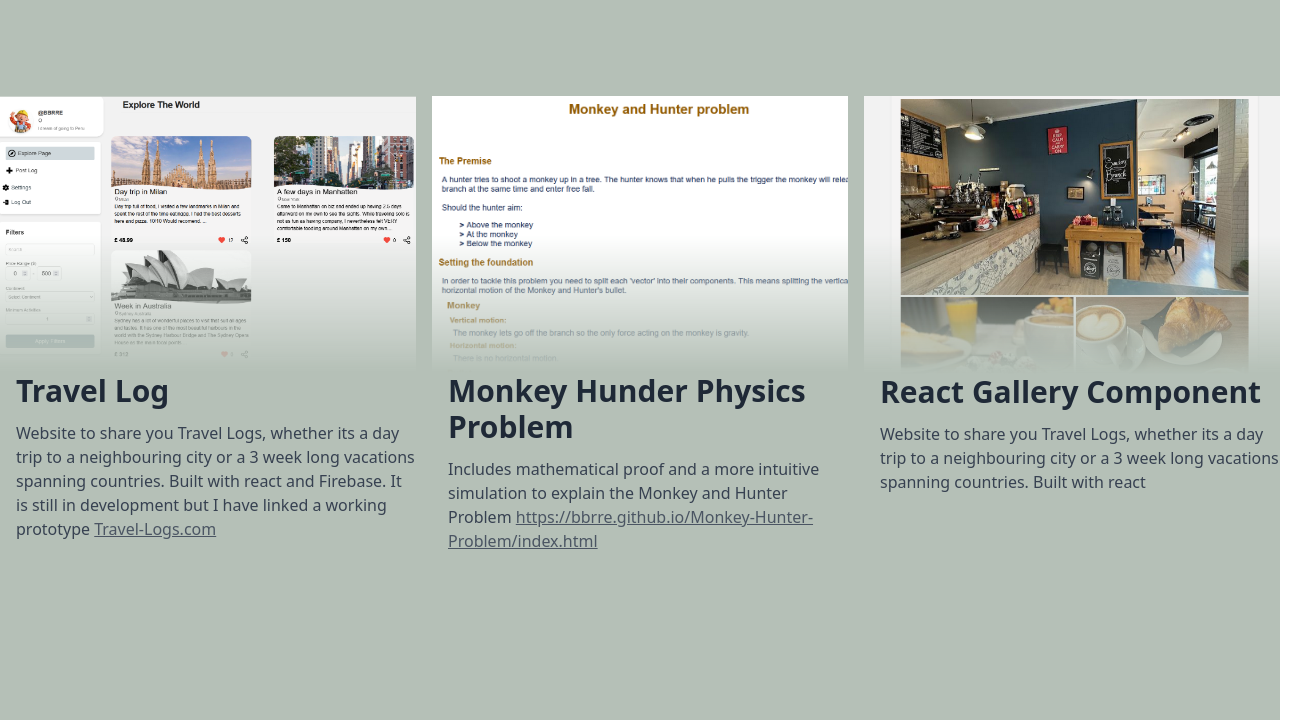
Repository: BBRRE/Portfolio-V2
Page: /#/Computer-Sci
An editor plug-in stored every save of this project. The page is shown before and after the next save, followed by the edit.
The browser window is 1280 px wide. The page is 1280 px wide, then 1296 px, then 1280 px, so the pictures cover 1296 px, including what lies to the right of the window. The pictures show the whole page.
Some web fonts or font styles are not loaded; a fallback is used. The project was rebuilt for these pictures with package versions that can differ from the ones it lists, and the page was loaded fresh each time. Also part of the build but not shown: vite.config.js, src/Subjects/Archi.jsx, src/Subjects/EEng.jsx, src/Subjects/Other.jsx, src/Projects Overview.jsx, src/HomePage.jsx, src/ErrorBoundary.jsx.

Above is the page before, as saved 2024-11-29 09:18:45.

After the next save:
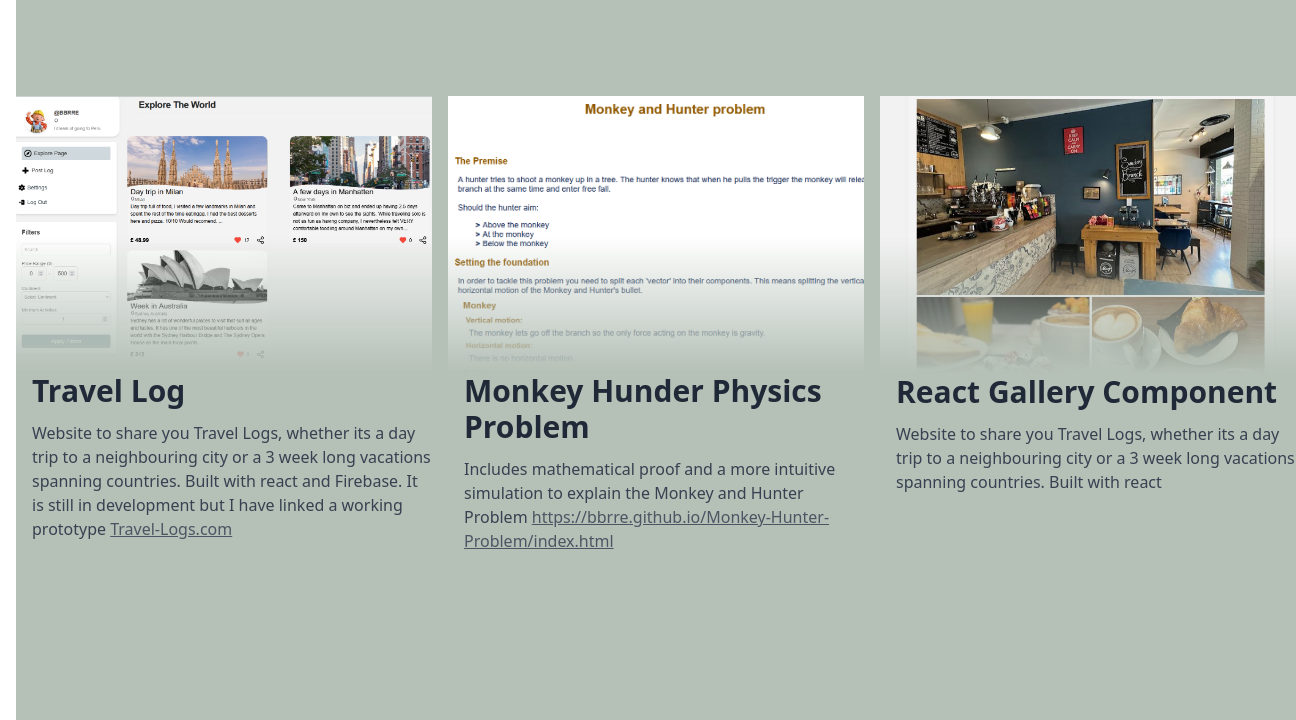
Saved 14 s later.
--- a/src/Subjects/CompSci.jsx
+++ b/src/Subjects/CompSci.jsx
@@ -5,7 +5,7 @@
 
 const CompSci = () => {
   return (
-    <div className='bg-[#B5C0B7] w-full h-auto min-h-screen grid grid-cols-1 md:grid-cols-2 lg:grid-cols-3 gap-4 '>
+    <div className='bg-[#B5C0B7] w-full h-auto min-h-screen grid grid-cols-1 md:grid-cols-2 lg:grid-cols-3 gap-4 mx-4'>
       <div className='flex flex-col mx-auto mt-24'>
         <img src={cs} style={{ WebkitMaskImage: 'linear-gradient(to top, transparent 0%, black 50%)' }} />
         <div className="  flex flex-col ml-4 gap-3 justify-center">

After the save that followed:
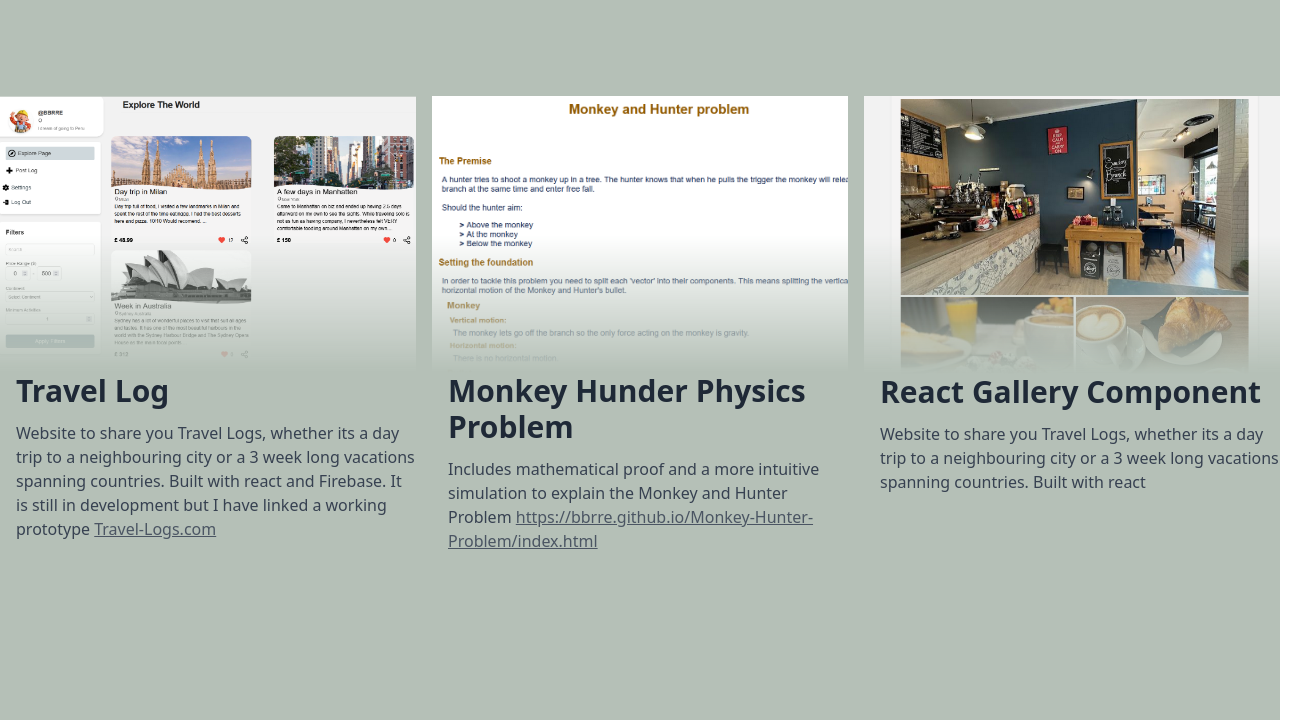
Saved 7 s later.
--- a/src/Subjects/CompSci.jsx
+++ b/src/Subjects/CompSci.jsx
@@ -5,7 +5,7 @@
 
 const CompSci = () => {
   return (
-    <div className='bg-[#B5C0B7] w-full h-auto min-h-screen grid grid-cols-1 md:grid-cols-2 lg:grid-cols-3 gap-4 mx-4'>
+    <div className='bg-[#B5C0B7] w-full h-auto min-h-screen grid grid-cols-1 md:grid-cols-2 lg:grid-cols-3 gap-4 '>
       <div className='flex flex-col mx-auto mt-24'>
         <img src={cs} style={{ WebkitMaskImage: 'linear-gradient(to top, transparent 0%, black 50%)' }} />
         <div className="  flex flex-col ml-4 gap-3 justify-center">
